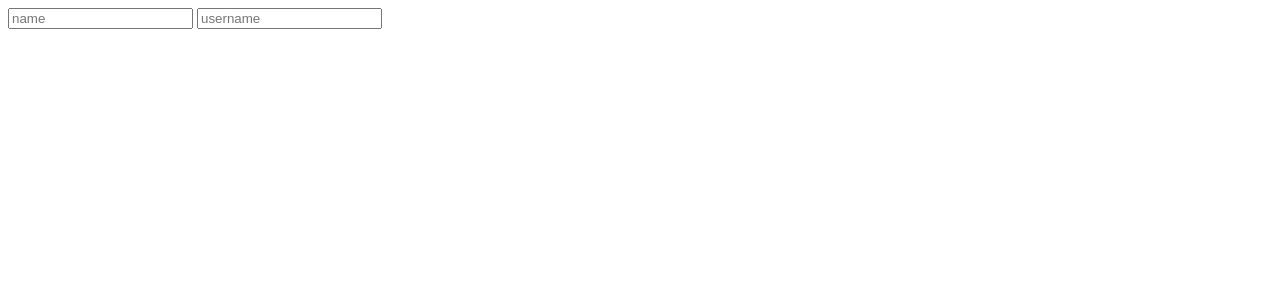
Repository: ApoorvaMishra4/Bootcamp
Page: http://localhost/Login/
These files come from the project's save history. The page is drawn as it stood at one moment and after the next save; the edit follows.
The browser window is 1280 px wide. The pictures show the whole page.
The page is served by Tomcat 9.

Above is the page before, as saved 2018-08-09 03:47:44.

After the next save:
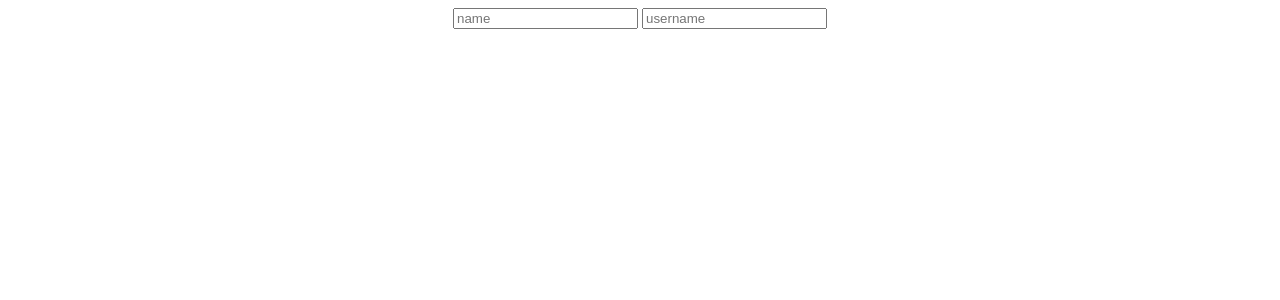
Saved 11 s later.
--- a/Login/src/main/webapp/index.jsp
+++ b/Login/src/main/webapp/index.jsp
@@ -2,7 +2,7 @@
 <head>
 </head>
 <body>
-<form action = "#" text-align="center">
+<form action = "#" align="center">
 <input type="text" name="name" placeholder="name">
 <input type="text" name="username"  placeholder="username">
 </form>
